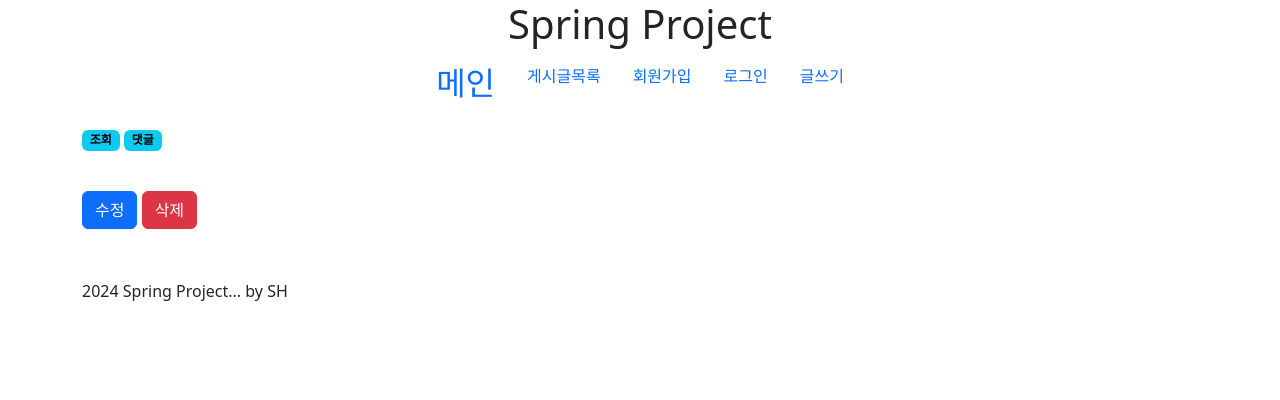
Repository: dtkd19/spring_personal_project
Page: http://localhost/myproject/WEB-INF/views/board/detail.jsp
An editor plug-in stored every save of this project. The page is shown before and after the next save, followed by the edit.
The browser window is 1280 px wide. The pictures show the whole page.
The page is served by Tomcat 9. Nobody is signed in. Other server files are loaded and not shown. The template is opened directly, without the code that normally fills it, so the values that code supplies are empty.

Above is the page before, as saved 2024-11-07 03:42:36.

### myproject/src/main/webapp/WEB-INF/views/board/detail.jsp
<%@ page language="java" contentType="text/html; charset=UTF-8"
    pageEncoding="UTF-8"%>
<%@ taglib uri="http://java.sun.com/jsp/jstl/core" prefix="c"%>

<jsp:include page="../layout/header.jsp" />

	<div class="container-md">

		<div class="dheader">
			<div class="dtitle">
				<h3>${bvo.title }</h3>
			</div>
			<div class="dwriter">
				<span>${bvo.writer } ${bvo.regDate }</span>
				<div class="dinfo">
				<span class="badge text-bg-info"> 조회 ${bvo.readCount }</span>
				<span class="badge text-bg-info"> 댓글 ${bvo.readCount }</span>
				</div>
			</div>
		</div>
		<div class="dcontent" style="padding: 20px">
			${bvo.content }
		</div>
		<a href="/board/modify?bno=${bvo.bno }"><button type="button" class="btn btn-primary">수정</button></a>
		<a href="/board/delete?bno=${bvo.bno }"><button type="button" class="btn btn-danger">삭제</button></a>
		<div class="comment">
			<strong>${bvo.writer }</strong>
		</div>





	</div>

<jsp:include page="../layout/footer.jsp" />

### myproject/src/main/webapp/WEB-INF/views/layout/header.jsp
<%@ page language="java" contentType="text/html; charset=UTF-8"
    pageEncoding="UTF-8"%><%@ taglib uri="http://java.sun.com/jsp/jstl/core" prefix="c"%>
<!DOCTYPE html>
<html>
<head>
<meta charset="UTF-8">
<title>header.jsp</title>
<link href="https://cdn.jsdelivr.net/npm/bootstrap@5.3.3/dist/css/bootstrap.min.css" rel="stylesheet" integrity="sha384-QWTKZyjpPEjISv5WaRU9OFeRpok6YctnYmDr5pNlyT2bRjXh0JMhjY6hW+ALEwIH" crossorigin="anonymous">
<script src="https://cdn.jsdelivr.net/npm/bootstrap@5.3.3/dist/js/bootstrap.bundle.min.js" integrity="sha384-YvpcrYf0tY3lHB60NNkmXc5s9fDVZLESaAA55NDzOxhy9GkcIdslK1eN7N6jIeHz" crossorigin="anonymous"></script>
</head>
<body>
<div class="container-md">
<h1 style="text-align: center;">
	Spring Project
</h1>
<ul class="nav justify-content-center">
  <li class="nav-item">
    <h2><a class="nav-link active" aria-current="page" href="/">메인</a></h2>
  </li>
  <li class="nav-item">
    <a class="nav-link" href="/board/list">게시글목록</a>
  </li>
  <li class="nav-item">
    <a class="nav-link" href="#">회원가입</a>
  </li>
  <li class="nav-item">
    <a class="nav-link" href="#">로그인</a>
  </li>
  <li class="nav-item">
    <a class="nav-link" href="/board/register">글쓰기</a>
  </li>
</ul>




</div>
</body>
</html>

### myproject/src/main/webapp/WEB-INF/views/layout/footer.jsp
<%@ page language="java" contentType="text/html; charset=UTF-8"
    pageEncoding="UTF-8"%>
<%@ taglib uri="http://java.sun.com/jsp/jstl/core" prefix="c"%>

	<div class="container-md">
		<div style= "vertical-align: middle; margin-top: 50px" >
		2024 Spring Project... by SH
		</div>
	</div>
</body>
</html>

After the next save:
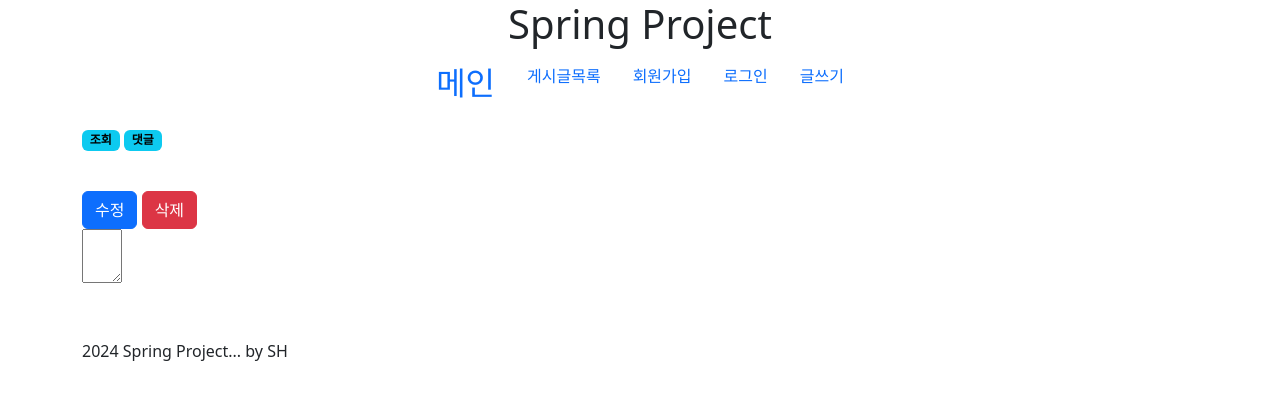
Saved 23 s later.
--- a/myproject/src/main/webapp/WEB-INF/views/board/detail.jsp
+++ b/myproject/src/main/webapp/WEB-INF/views/board/detail.jsp
@@ -25,6 +25,7 @@
 		<a href="/board/delete?bno=${bvo.bno }"><button type="button" class="btn btn-danger">삭제</button></a>
 		<div class="comment">
 			<strong>${bvo.writer }</strong>
+			<textarea rows="2" cols="2"></textarea>
 		</div>
 
 
